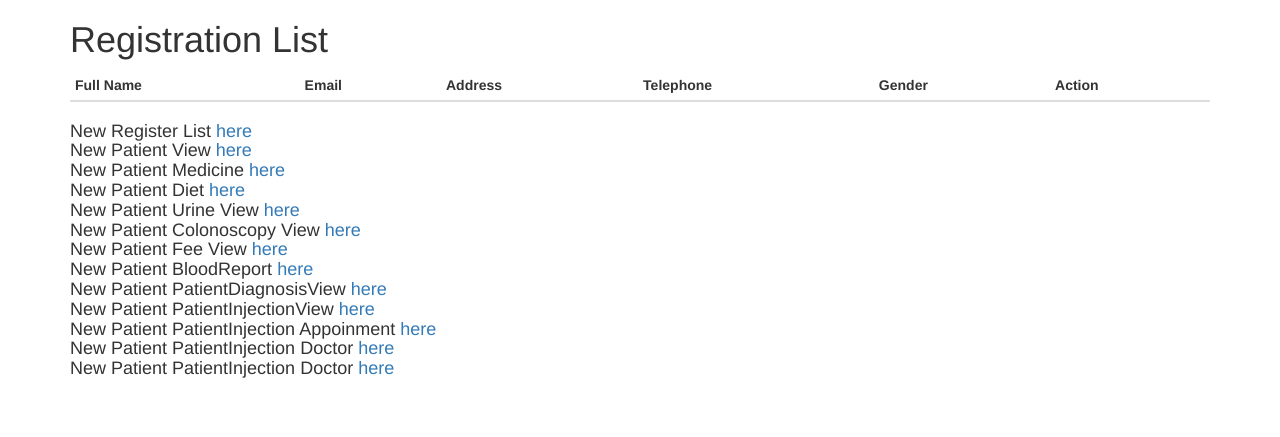
Repository: SACHINnANYAKKARA/2nd_Year_final_Project
Page: http://localhost/SpringMVCHibernateCRUD/WEB-INF/pages/home.jsp
The author's editor kept a copy of each file at every save. The page is drawn from the files as they stood at one save, then again after the next save.
The browser window is 1280 px wide. The pictures show the whole page.
The page is served by Tomcat 9. Nobody is signed in. The template is opened directly, without the code that normally fills it, so the values that code supplies are empty.

Above is the page before, as saved 2018-04-07 07:24:09.

After the next save:
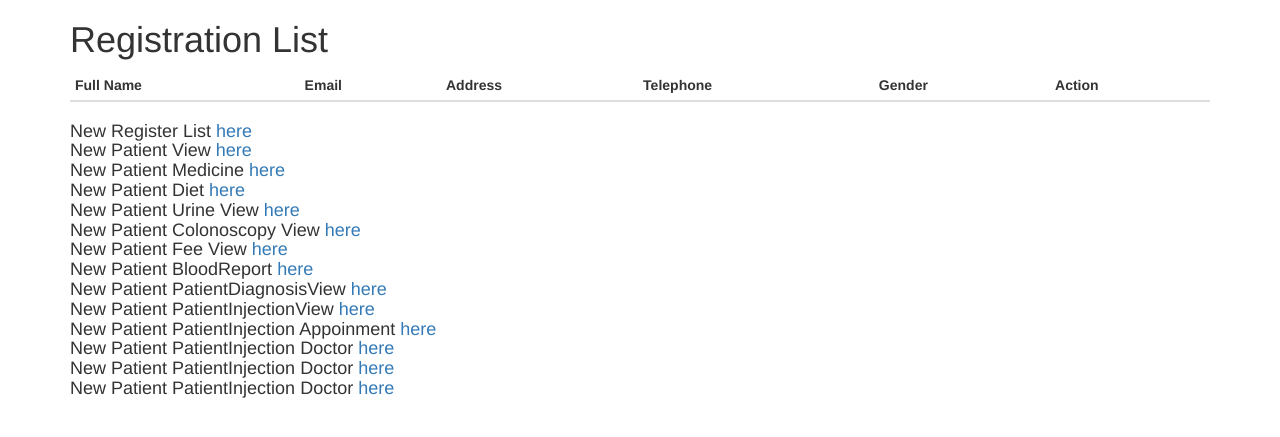
Saved 58 s later.
--- a/SpringMVCHibernateCRUD/src/main/webapp/WEB-INF/pages/home.jsp
+++ b/SpringMVCHibernateCRUD/src/main/webapp/WEB-INF/pages/home.jsp
@@ -77,7 +77,8 @@
 			New Patient PatientInjection Doctor <a href="DoctorView">here</a>
 			<br>
 			New Patient PatientInjection Doctor <a href="RoomView">here</a>
-
+				<br>
+			New Patient PatientInjection Doctor <a href="nurseView">here</a>
 
 
 
